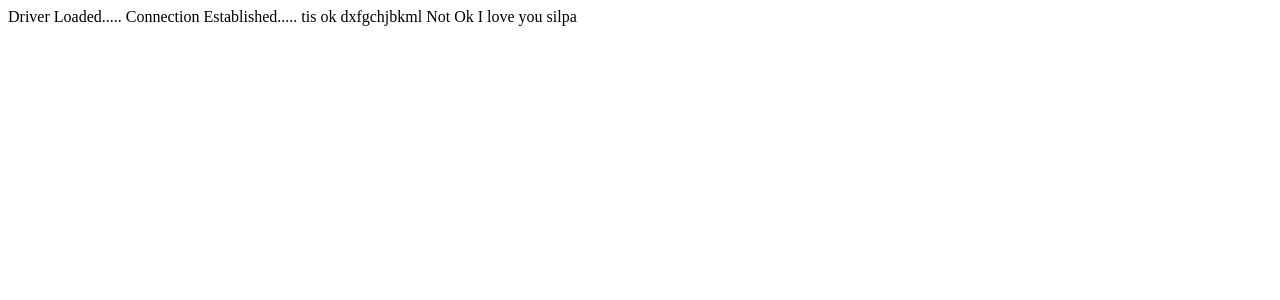
Repository: gajanansp07/Advance_Java_Practice
Page: http://localhost/JDBCCURD/reg.jsp
An editor plug-in stored every save of this project. The page is shown before and after the next save, followed by the edit.
The browser window is 1280 px wide. The pictures show the whole page.
The page is served by Tomcat 9. Queries for data that is not in the repository find no rows.

Above is the page before, as saved 2022-03-16 08:51:22.

### JDBCCURD/src/main/webapp/reg.jsp
<%@ page language="java" contentType="text/html; charset=ISO-8859-1"
    pageEncoding="ISO-8859-1"%>

<%@ page import="java.sql.DriverManager" %>
<%@ page import="java.sql.*" %>
<!DOCTYPE html>
<html>
<head>
<meta charset="ISO-8859-1">
<title>Insert title here</title>
</head>
<body>
<%
String Name = request.getParameter("ename");
String Password = request.getParameter("eps");
String Email = request.getParameter("email");
String Phone = request.getParameter("ephone");
String Gender = request.getParameter("gender");
String Address = request.getParameter("add");
String Country = request.getParameter("country");

try{
Class.forName("oracle.jdbc.driver.OracleDriver");
out.println("Driver Loaded.....");
Connection con=DriverManager.getConnection("jdbc:oracle:thin:@localhost:1521:xe","admin","admin");
out.println("Connection Established.....");
PreparedStatement ps=con.prepareStatement("Insert into login values('dfgh','fdgh','fghj','dfgh','fghjk','dfghjk','fghj')");
ps.setString(1,Name);
ps.setString(2, Password);
ps.setString(3, Email);
ps.setString(4, Phone);
ps.setString(5, Gender);
ps.setString(6, Address);
ps.setString(7, Country);
out.println("tis ok");
int n = ps.executeUpdate();
out.println("dxfgchjbkml");
if(n!=0)
	out.println(n+"Record Inserted.....");
else
	out.println("Not Ok");
out.println("I love you silpa");
con.close();
}catch(Exception e){
	e.printStackTrace();
}

%>
</body>
</html>

After the next save:
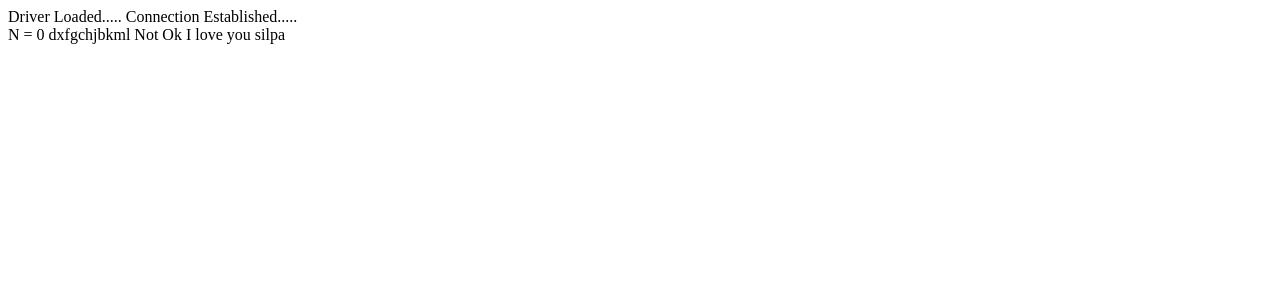
Saved 41 s later.
--- a/JDBCCURD/src/main/webapp/reg.jsp
+++ b/JDBCCURD/src/main/webapp/reg.jsp
@@ -32,8 +32,8 @@ ps.setString(4, Phone);
 ps.setString(5, Gender);
 ps.setString(6, Address);
 ps.setString(7, Country);
-out.println("tis ok");
 int n = ps.executeUpdate();
+out.println("<br> N = "+n);
 out.println("dxfgchjbkml");
 if(n!=0)
 	out.println(n+"Record Inserted.....");
